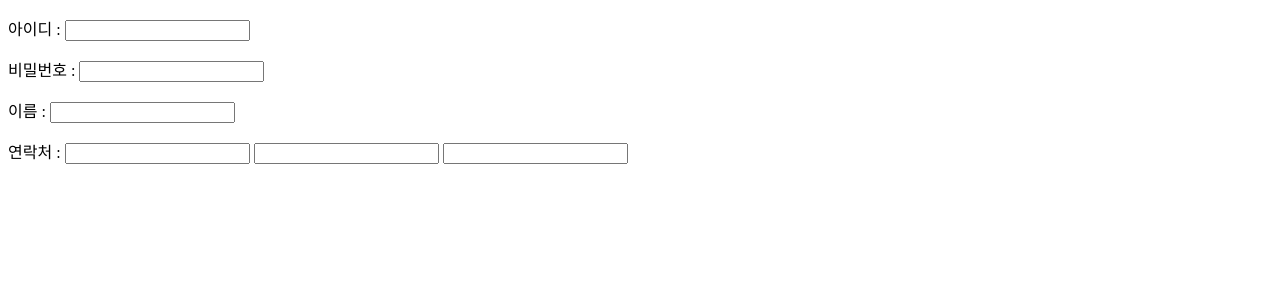
Repository: chanhooop/JSP
Page: http://localhost/Validation/vallidation05.jsp
The author's editor kept a copy of each file at every save. The page is drawn from the files as they stood at one save, then again after the next save.
The browser window is 1280 px wide. The pictures show the whole page.
The page is served by Tomcat 9.

Above is the page before, as saved 2021-05-10 07:10:19.

### Validation/src/main/webapp/vallidation05.jsp
<%@ page language="java" contentType="text/html; charset=UTF-8"
    pageEncoding="UTF-8"%>
<!DOCTYPE html>
<html>
<head>
<meta charset="UTF-8">
<title>Insert title here</title>
</head>
<body>
	<form name="loginForm" action="vallidation05_Process.jsp" method="post">
		<p>아이디 : <input type="text" name="id"></p>
		<p>비밀번호 : <input type="password" name="pw"></p>
		<p>이름 : <input type="text" name="name"></p>
		연락처 : <input type="text" name="num1">
		 <input type="text" name="num2">
		 <input type="text" name="num3"><br>

	</form>

</body>
</html>

After the next save:
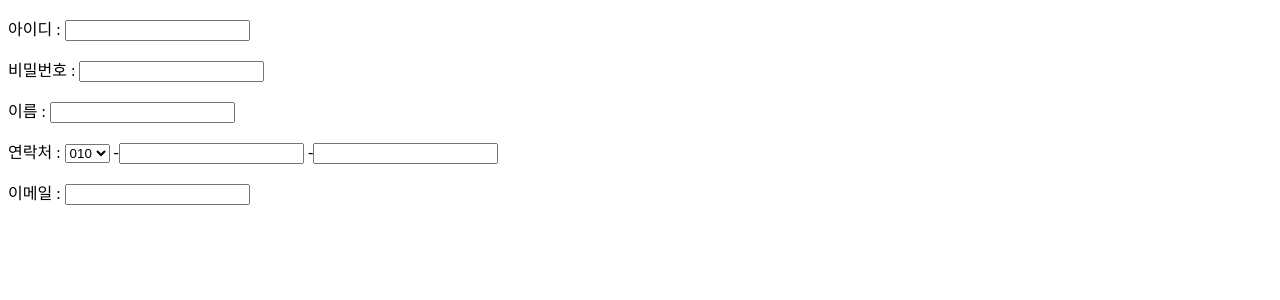
Saved 3 min 13 s later.
--- a/Validation/src/main/webapp/vallidation05.jsp
+++ b/Validation/src/main/webapp/vallidation05.jsp
@@ -11,9 +11,13 @@
 		<p>아이디 : <input type="text" name="id"></p>
 		<p>비밀번호 : <input type="password" name="pw"></p>
 		<p>이름 : <input type="text" name="name"></p>
-		연락처 : <input type="text" name="num1">
-		 <input type="text" name="num2">
-		 <input type="text" name="num3"><br>
+		연락처 : <select>
+				<option value="010" selected="selected">010</option>
+			</select>
+		 -<input type="text" name="num2">
+		 -<input type="text" name="num3"><br>
+		<p>이메일 : <input type="text" name="name"></p>
+
 
 	</form>
 
